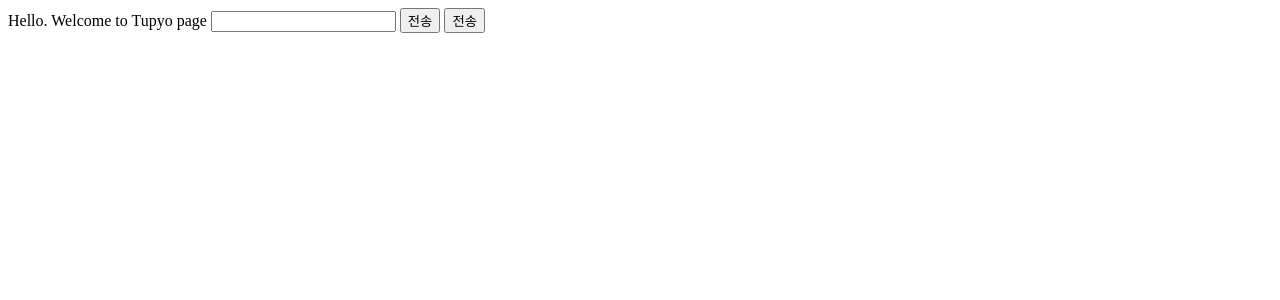
Repository: noheul1030/KOPO-HTML
Page: Tupyo/src/main/webapp/index.html
The author's editor kept a copy of each file at every save. The page is drawn from the files as they stood at one save, then again after the next save.
The browser window is 1280 px wide. The pictures show the whole page.

Above is the page before, as saved 2023-06-03 11:57:36.

### Tupyo/src/main/webapp/index.html
<!DOCTYPE html>
<html>
<head>
<meta charset="EUC-KR">
<title>Insert title here</title>
</head>
<body>
Hello. Welcome to Tupyo page
<input type="text" name="txtName">
<input type="button" name="btnSubmit" value="전송">
<input type="submit" name="btnSubmit" value="전송">
</body>
</html>

After the next save:
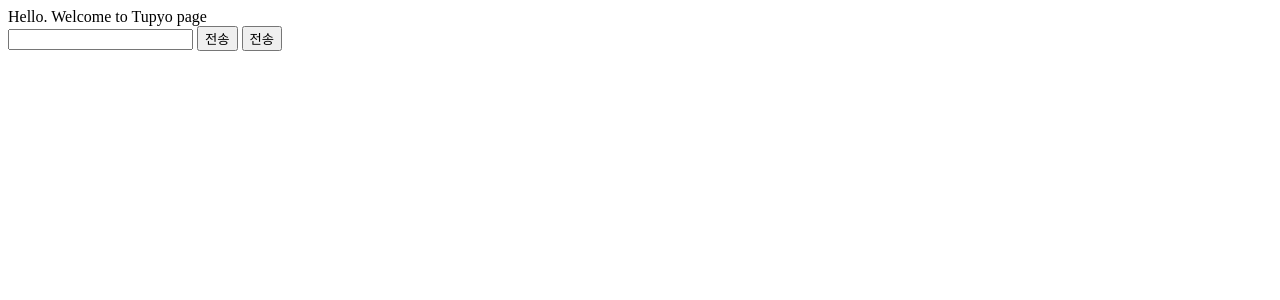
Saved 31 s later.
--- a/Tupyo/src/main/webapp/index.html
+++ b/Tupyo/src/main/webapp/index.html
@@ -5,9 +5,11 @@
 <title>Insert title here</title>
 </head>
 <body>
-Hello. Welcome to Tupyo page
+Hello. Welcome to Tupyo page<br>
+<form action="index.html">
 <input type="text" name="txtName">
 <input type="button" name="btnSubmit" value="전송">
 <input type="submit" name="btnSubmit" value="전송">
+</form>
 </body>
 </html>
